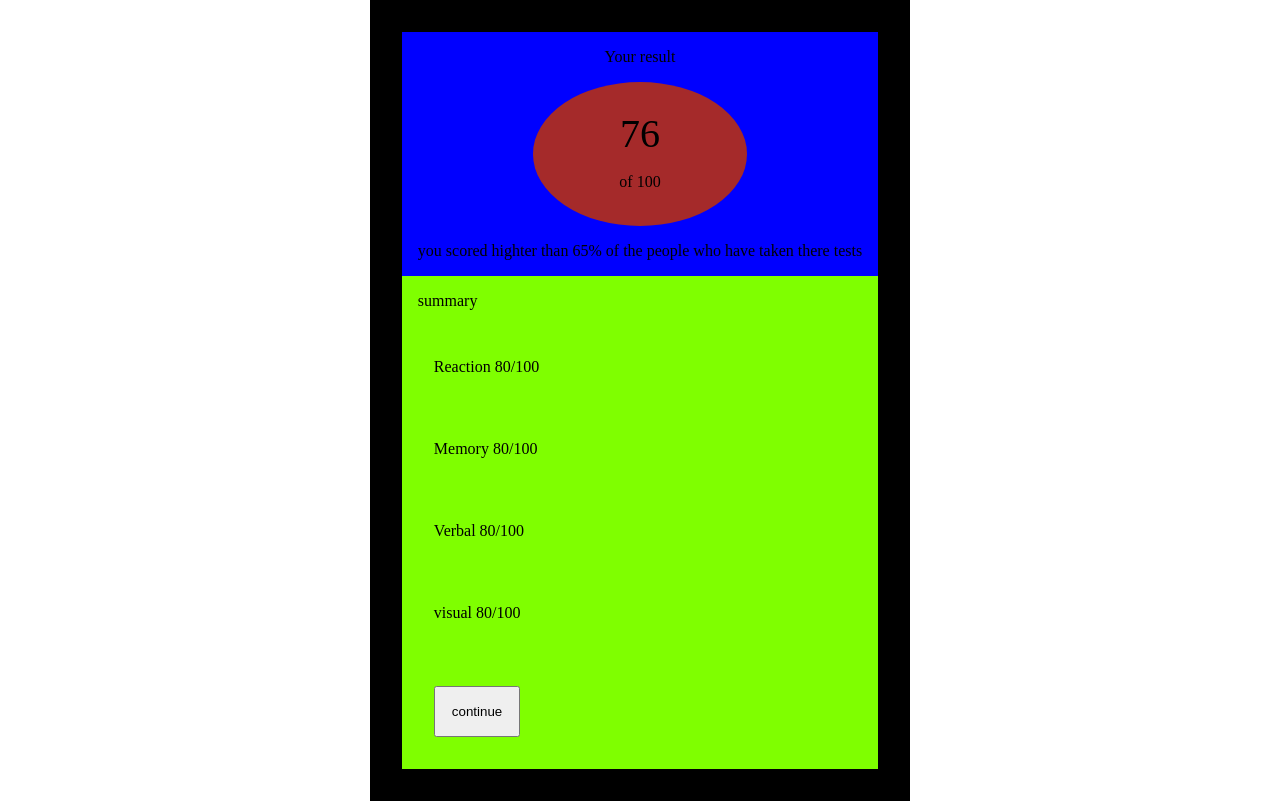
Repository: rahanwz/Card2-raha
Page: card2.html
These files come from the project's save history. The page is drawn as it stood at one moment and after a run of saves; the edit follows.
The browser window is 1280 px wide. The pictures show the whole page.

Above is the page before, as saved 2024-02-19 23:44:23.

After the next 2 saves:
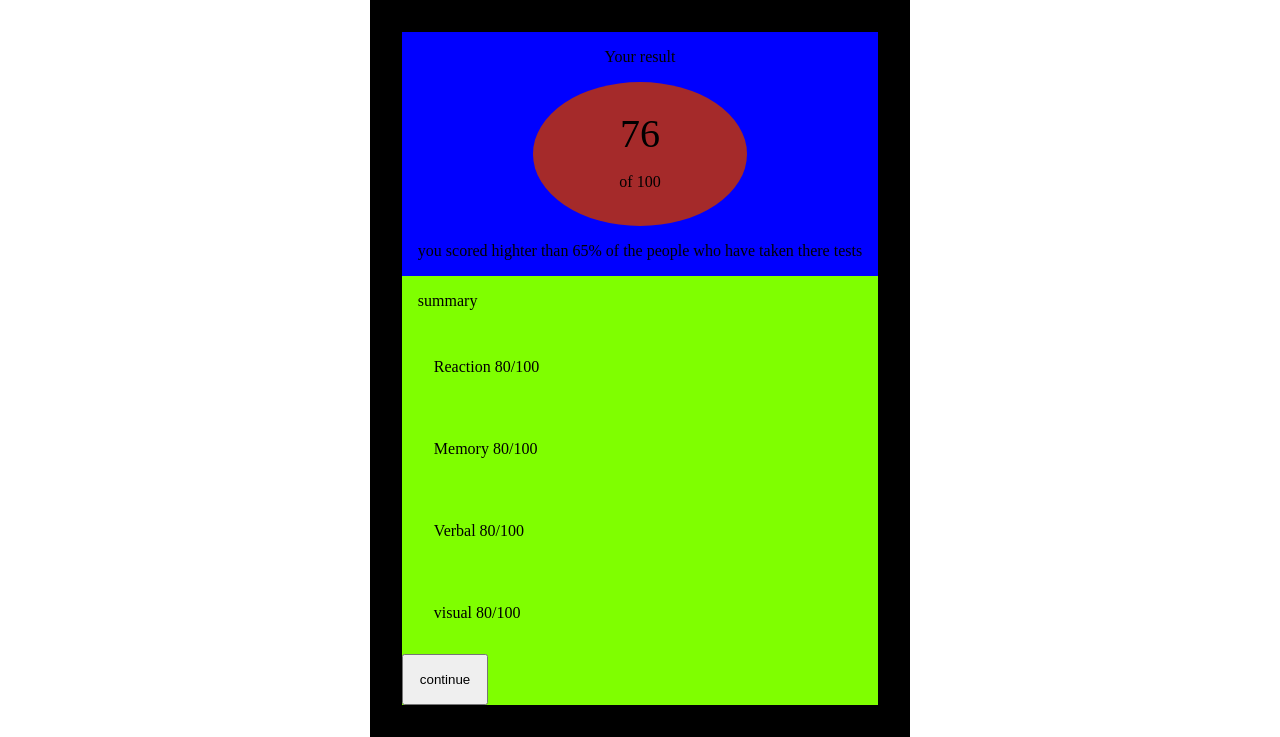
The 2 saves are shown as one change because they came seconds apart.
The last was saved 13 s later.
--- a/card2.html
+++ b/card2.html
@@ -24,7 +24,7 @@
           <div class="box box2">Memory 80/100</div>
           <div class="box box3">Verbal 80/100</div>
           <div class="box box4">visual 80/100</div>
-          <div class="box box5"><button>continue</button></div>
+          <div class="box5"><button>continue</button></div>
         </div>
       </div>
     </div>
